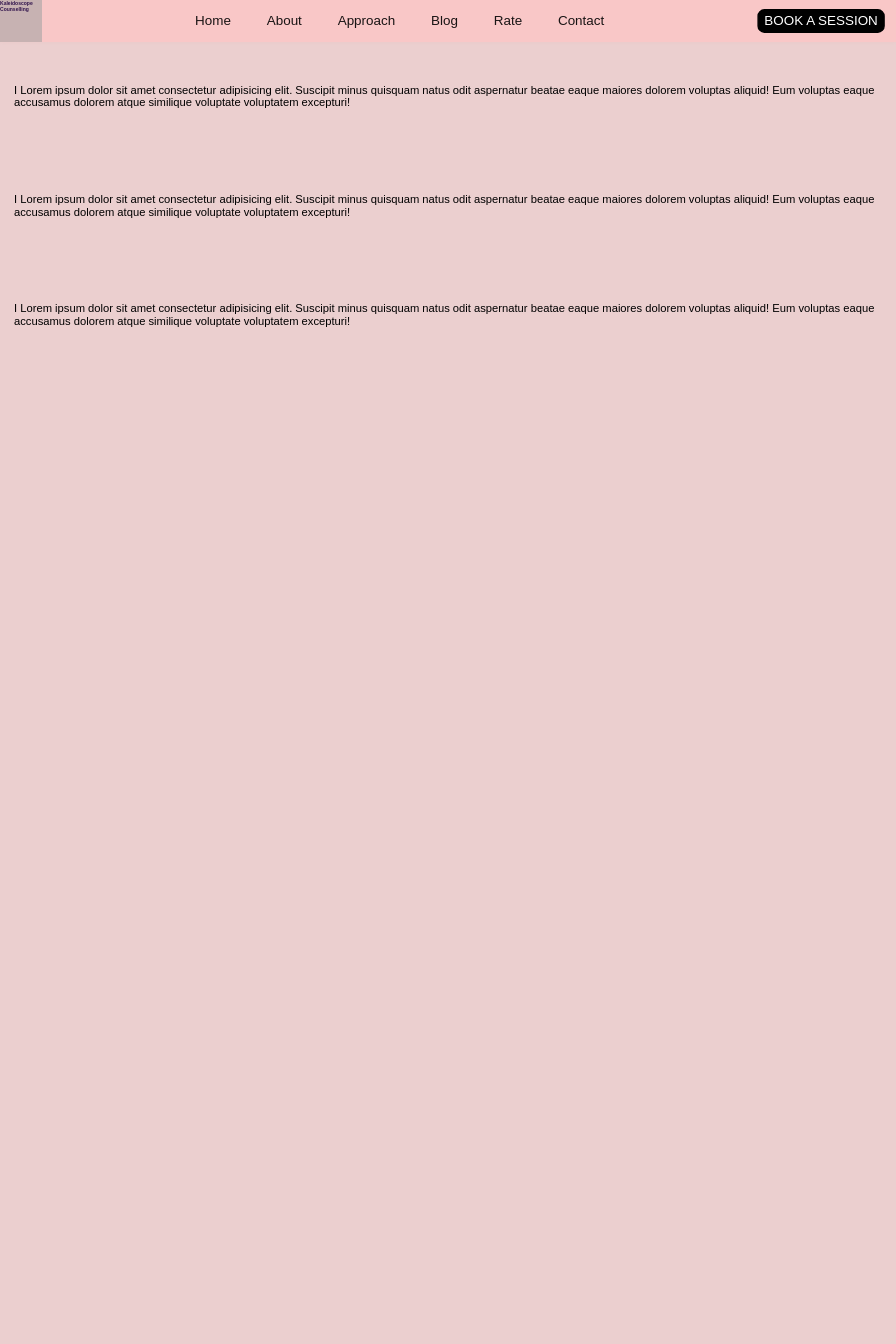
Repository: voutadi/ava-website
Page: index.html
An editor plug-in stored every save of this project. The page is shown before and after the next save, followed by the edit.
The browser window is 1280 px wide. The pictures show the part of the page from y = 0 to 1920 px (the page is 3120 px tall before and 3000 px after), at 70% of full size.

Above is the page before, as saved 2024-07-04 02:16:04.

After the next save:
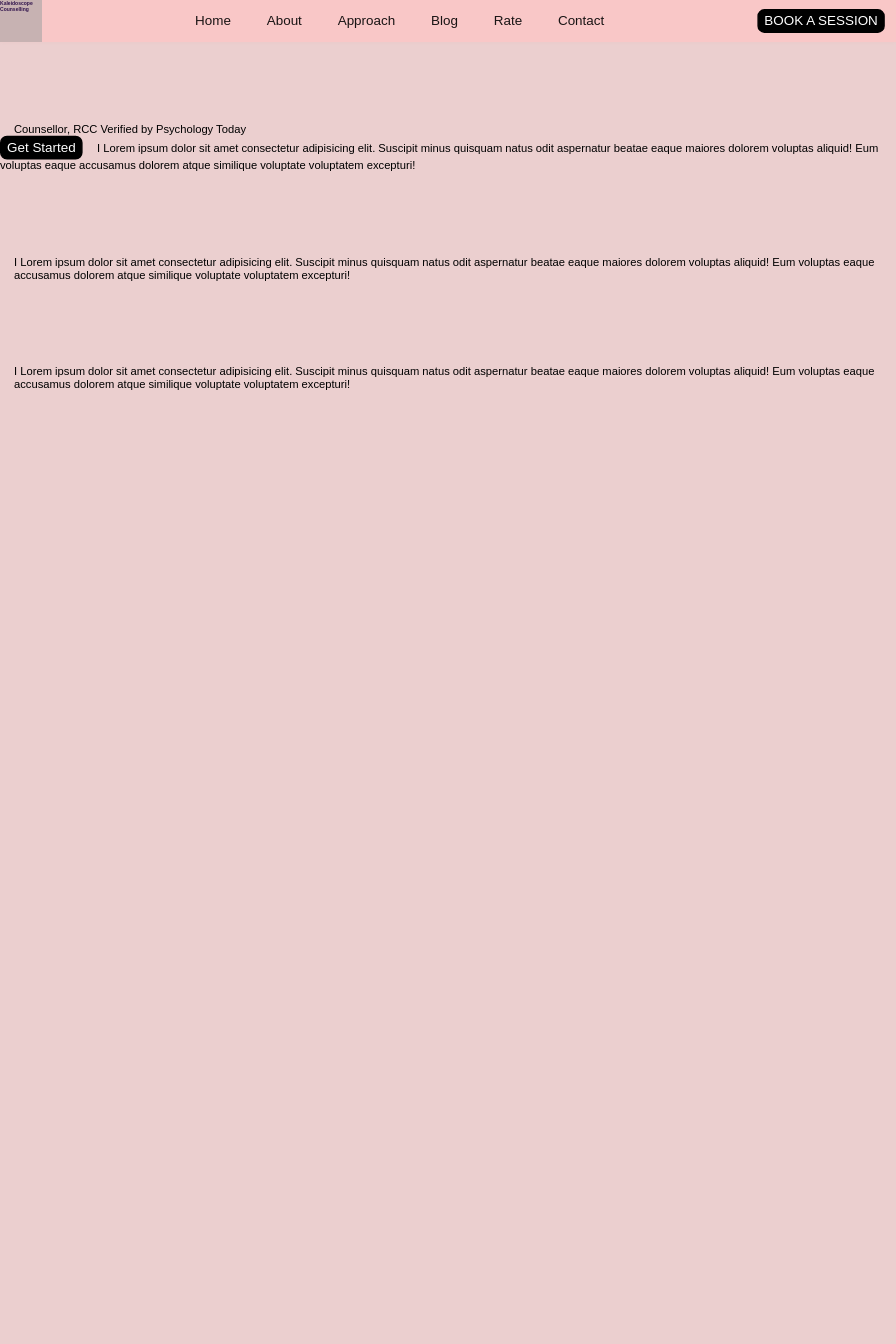
Saved 6 s later.
--- a/index.html
+++ b/index.html
@@ -28,7 +28,13 @@
       <button>BOOK A SESSION</button>
     </header>
 
-
+     <main>
+        <section class="intro">
+            <h1>I'm passionate about supporting young adults and adults experiencing anxiety, depression, trauma, substance misuse, and life transitions</h1>
+            <p>Counsellor, RCC
+Verified by Psychology Today</p>
+            <button class="get-started">Get Started</button>
+        </sect
 
     <p>
       I Lorem ipsum dolor sit amet consectetur adipisicing elit. Suscipit minus

After the save that followed:
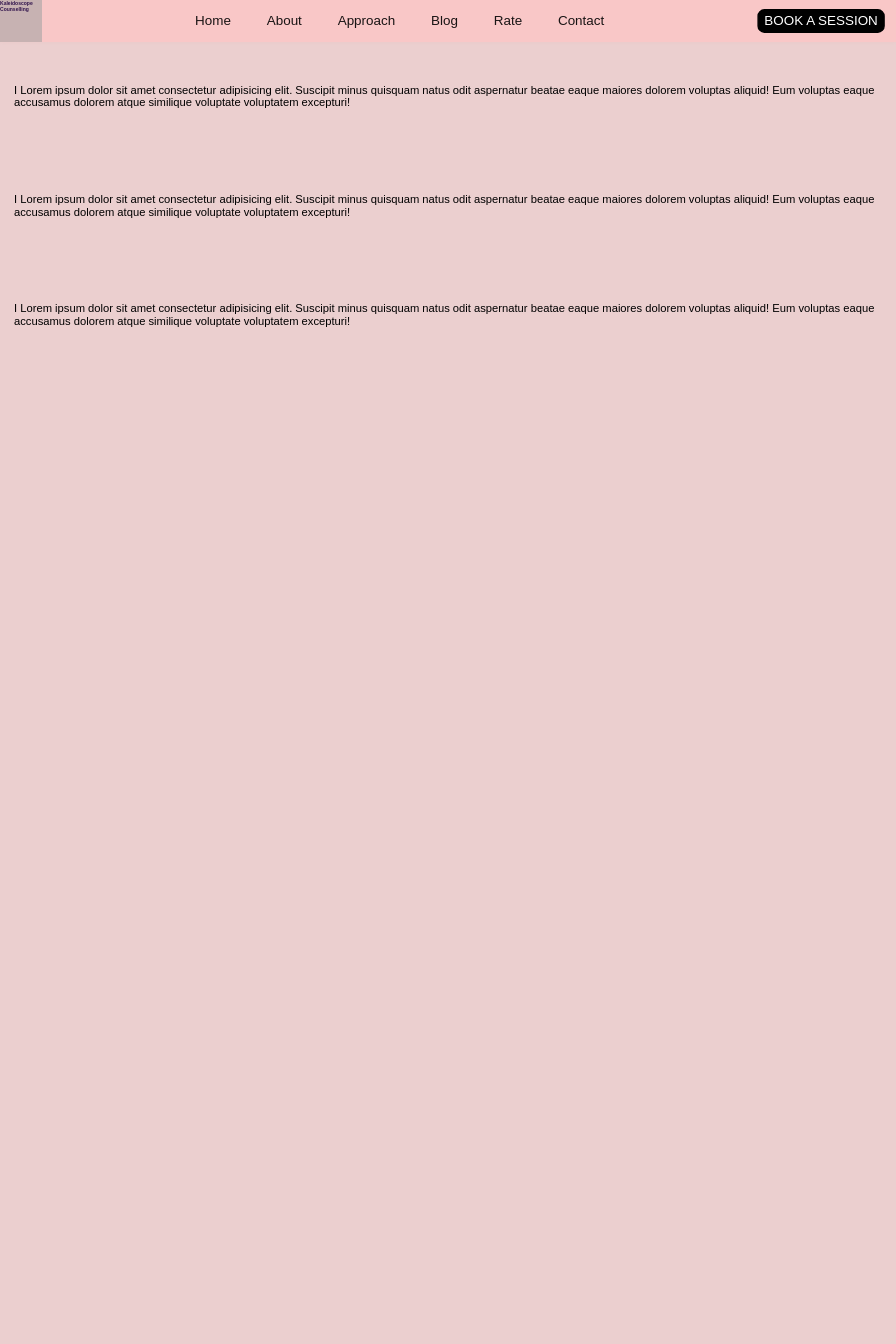
Saved 19 s later.
--- a/index.html
+++ b/index.html
@@ -28,13 +28,7 @@
       <button>BOOK A SESSION</button>
     </header>
 
-     <main>
-        <section class="intro">
-            <h1>I'm passionate about supporting young adults and adults experiencing anxiety, depression, trauma, substance misuse, and life transitions</h1>
-            <p>Counsellor, RCC
-Verified by Psychology Today</p>
-            <button class="get-started">Get Started</button>
-        </sect
+
 
     <p>
       I Lorem ipsum dolor sit amet consectetur adipisicing elit. Suscipit minus
